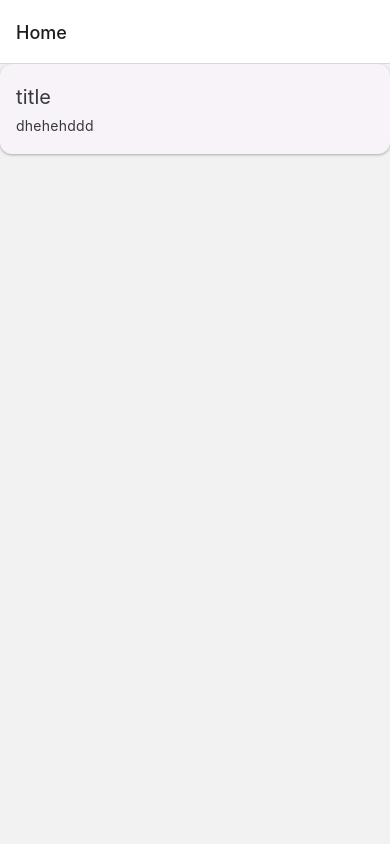
Repository: tijanidevit/merchantApp
Screen: /
These files come from the project's save history. The screen is drawn as it stood at one moment and after the next save; the edit follows.
The app was drawn by React Native's web renderer in a window 390 px wide. The project was rebuilt for these pictures with package versions that can differ from the ones it lists, and the page was loaded fresh each time.

Above is the screen before, as saved 2023-09-28 00:04:28.

After the next save:
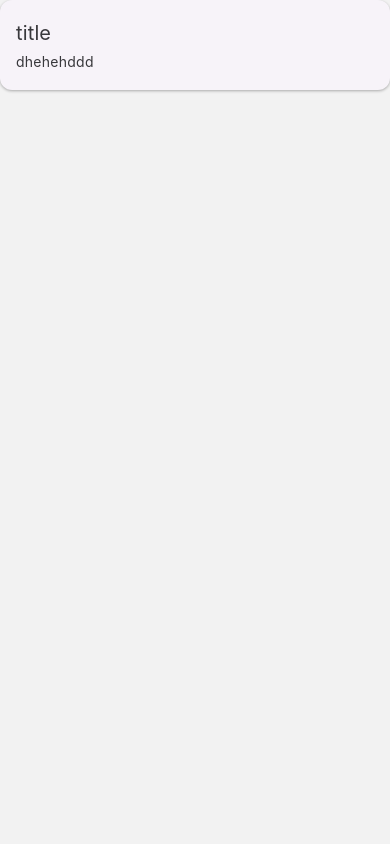
Saved 33 s later.
--- a/App.js
+++ b/App.js
@@ -12,7 +12,7 @@ export default function App() {
     <PaperProvider>
       <NavigationContainer>
         <Stack.Navigator initialRouteName="Home">
-          <Stack.Screen name="Home" component={Home}  headerShown={false} />
+          <Stack.Screen name="Home" component={Home}  options={{headerShown:false}} />
         </Stack.Navigator>
       </NavigationContainer>
     </PaperProvider>
